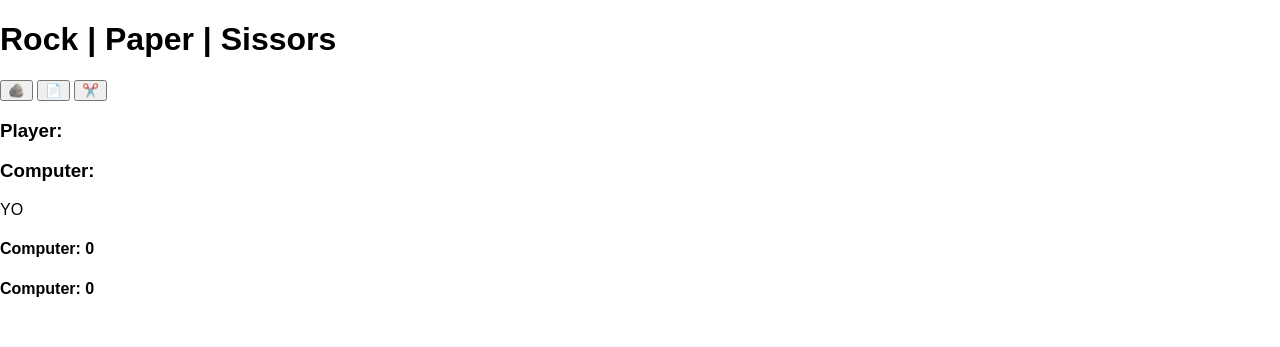
Repository: SakthivelDurai47/Rock-Paper-Sissors
Page: index.html
An editor plug-in stored every save of this project. The page is shown before and after the next save, followed by the edit.
The browser window is 1280 px wide. The pictures show the whole page.

Above is the page before, as saved 2025-04-14 22:02:09.

After the next save:
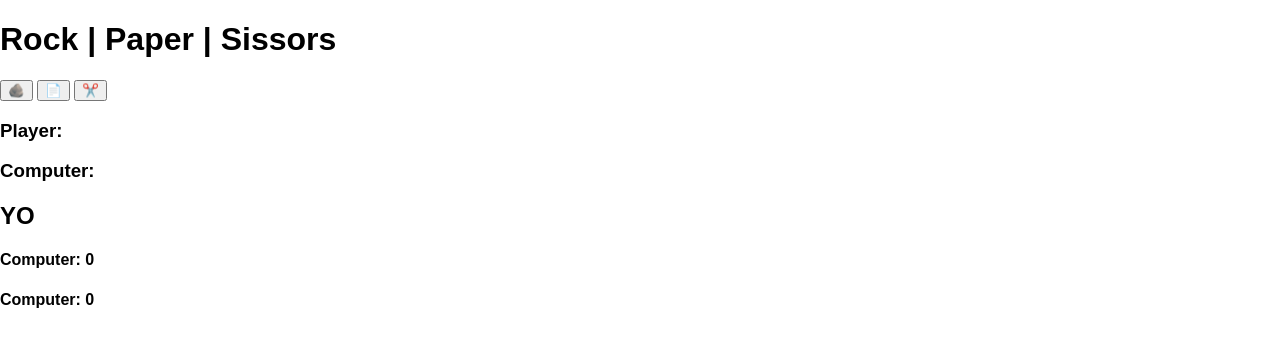
Saved 33 s later.
--- a/index.html
+++ b/index.html
@@ -18,7 +18,7 @@
       <h3>Player:</h3>
       <h3>Computer:</h3>
     </div>
-    <p id="result">YO</p>
+    <h2 id="result">YO</h2>
     <div id="scores">
       <h4>Computer: <span id="scorePlr">0</span></h4>
       <h4>Computer: <span id="scoreCum">0</span></h4>
